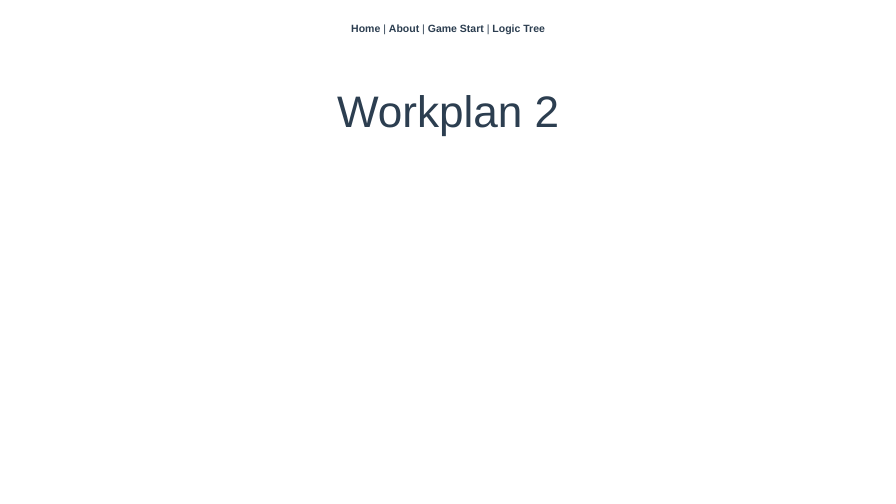
Repository: gallard28/posc4210app
Page: /#/workplan2
These files come from the project's save history. The page is drawn as it stood at one moment and after the next save; the edit follows.
The browser window is 1280 px wide. The pictures show the whole page, at 70% of full size.
The project was rebuilt for these pictures with package versions that can differ from the ones it lists, and the page was loaded fresh each time. Also part of the build but not shown: src/views/Home.vue, src/views/Start.vue, src/views/Scenario.vue, src/views/Prioritize.vue, src/views/Choose_tools.vue, src/views/Analyses.vue, src/views/Workplan1.vue, src/views/Workplan3.vue and 1 more.

Above is the page before, as saved 2020-09-21 06:40:58.

### public/index.html
<!DOCTYPE html>
<html lang="en">
  <head>
    <meta charset="utf-8">
    <meta http-equiv="X-UA-Compatible" content="IE=edge">
    <meta name="viewport" content="width=device-width,initial-scale=1.0">
    <link rel="icon" href="<%= BASE_URL %>favicon.ico">
    <title><%= htmlWebpackPlugin.options.title %></title>

    <!-- Materialize CSS -->
    <!-- Compiled and minified CSS -->
    <link rel="stylesheet" href="https://cdnjs.cloudflare.com/ajax/libs/materialize/1.0.0/css/materialize.min.css">

    <!-- Compiled and minified JavaScript -->
    <script src="https://cdnjs.cloudflare.com/ajax/libs/materialize/1.0.0/js/materialize.min.js"></script>

    <!-- Google Fonts -->
    <link href="https://fonts.googleapis.com/icon?family=Material+Icons" rel="stylesheet">

  </head>
  <body>
    <noscript>
      <strong>We're sorry but <%= htmlWebpackPlugin.options.title %> doesn't work properly without JavaScript enabled. Please enable it to continue.</strong>
    </noscript>
    <div id="app"></div>
    <!-- built files will be auto injected -->
  </body>
</html>

### src/App.vue
<template>
  <div id="app">
    <div id="nav">
      <router-link to="/">Home</router-link> |
      <router-link to="/about">About</router-link> |
      <router-link to="/start">Game Start</router-link> |
      <router-link to="/scenario">Logic Tree</router-link>
    </div>
    <router-view/>
  </div>
</template>

<style>
#app {
  font-family: Avenir, Helvetica, Arial, sans-serif;
  -webkit-font-smoothing: antialiased;
  -moz-osx-font-smoothing: grayscale;
  text-align: center;
  color: #2c3e50;
}

#nav {
  padding: 30px;
}

#nav a {
  font-weight: bold;
  color: #2c3e50;
}

#nav a.router-link-exact-active {
  color: #42b983;
}
</style>

### src/router/index.js
import Vue from 'vue'
import VueRouter from 'vue-router'
import Home from '../views/Home.vue'
import Start from '../views/Start.vue'
import Scenario from '../views/Scenario.vue'
import Prioritize from '../views/Prioritize.vue'
import Choose_tools from '../views/Choose_tools.vue'
import Analyses from '../views/Analyses.vue'
import Workplan1 from '../views/Workplan1.vue'
import Workplan2 from '../views/Workplan2.vue'
import Workplan3 from '../views/Workplan3.vue'
import Pyramid from '../views/Pyramid.vue'

Vue.use(VueRouter)

const routes = [
  {
    path: '/',
    name: 'Home',
    component: Home
  },
  {
    path: '/start',
    name: 'Start',
    component: Start
  },
  {
    path: '/scenario',
    name: 'Scenario',
    component: Scenario
  },
  {
    path: '/prioritize',
    name: 'Prioritize',
    component: Prioritize
  },
  {
    path: '/choose_tools',
    name: 'Choose_tools',
    component: Choose_tools
  },
  {
    path: '/analyses',
    name: 'Analyses',
    component: Analyses
  },
  {
    path: '/workplan1',
    name: 'Workplan1',
    component: Workplan1
  },
  {
    path: '/workplan2',
    name: 'Workplan2',
    component: Workplan2
  },
  {
    path: '/workplan3',
    name: 'Workplan3',
    component: Workplan3
  },
  {
    path: '/pyramid',
    name: 'Pyramid',
    component: Pyramid
  },
  {
    path: '/about',
    name: 'About',
    // route level code-splitting
    // this generates a separate chunk (about.[hash].js) for this route
    // which is lazy-loaded when the route is visited.
    component: () => import(/* webpackChunkName: "about" */ '../views/About.vue')
  }
]

const router = new VueRouter({
  routes
})

export default router

### src/views/Workplan2.vue
<template>
  <div class="Workplan2 container">
    <h1>Workplan 2</h1>
  </div>
</template>

<script>
export default {
  name: 'Workplan2'

}
</script>

<style>

</style>

Loaded but not shown: src/main.js (common file)

After the next save:
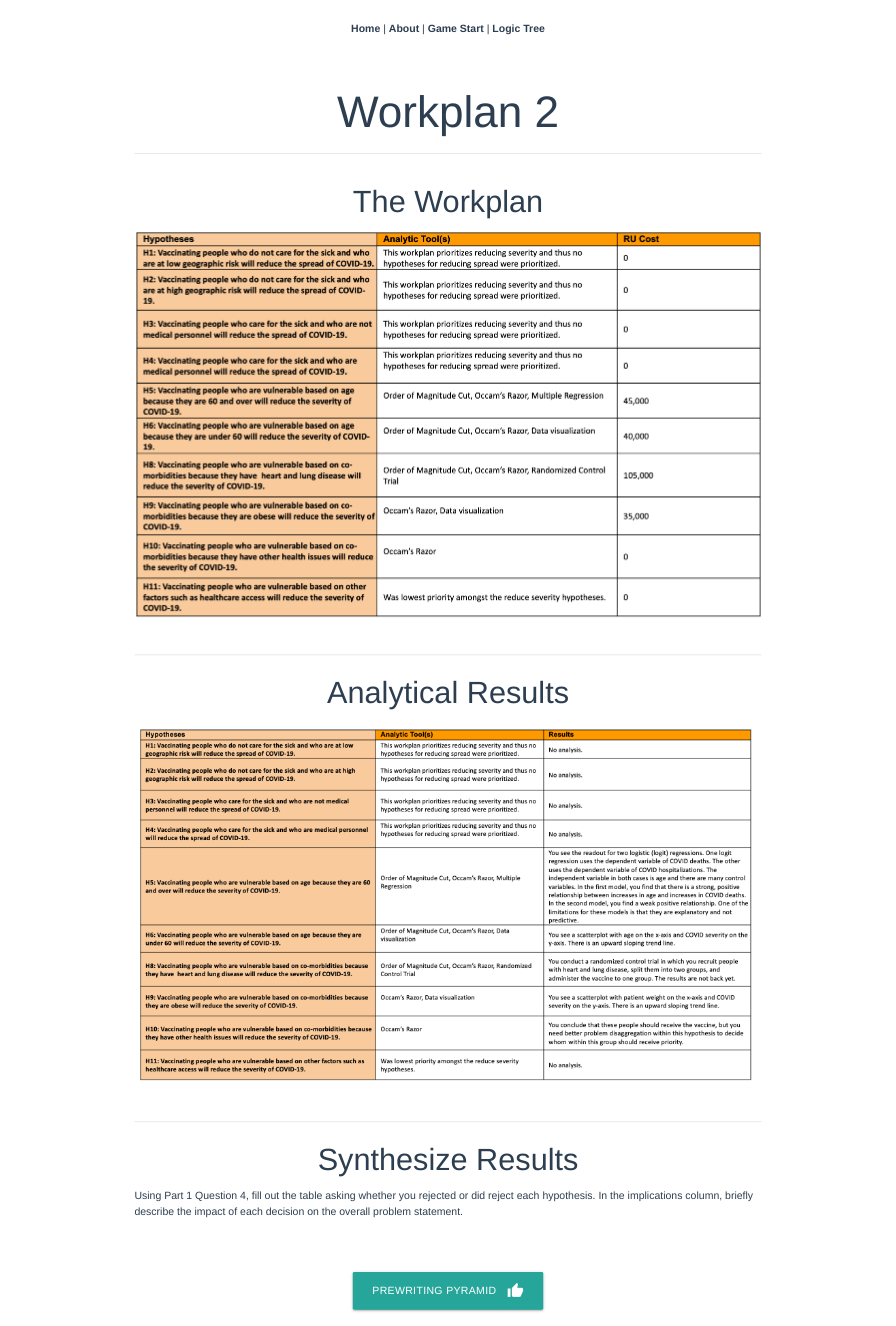
Saved 20 s later.
--- a/src/views/Workplan2.vue
+++ b/src/views/Workplan2.vue
@@ -1,6 +1,33 @@
 <template>
   <div class="Workplan2 container">
     <h1>Workplan 2</h1>
+    <div class="divider"></div>
+    <div class="section">
+      <div class="col s12">
+        <h3>The Workplan</h3>
+        <img src="@/assets/Workplan2.png" class="responsive-img">
+      </div>
+      <br><br>
+      <div class="divider"></div>
+      <div class="col s12">
+        <h3>Analytical Results</h3>
+        <img src="@/assets/Workplan2_results.png" class="responsive-img">
+      </div>
+      <br><br>
+      <div class="divider"></div>
+      <div class="col s12">
+        <h3>Synthesize Results</h3>
+        <p class="left-align">Using Part 1 Question 4, fill out the table asking whether you rejected or did reject each hypothesis. In the implications column, briefly describe the impact of each decision on the overall problem statement.</p>
+      </div>
+    </div>
+    <br><br>
+    <router-link  router-link to="/pyramid">
+          <a class="waves-effect waves-light btn-large">
+          Prewriting Pyramid
+            <i class="material-icons right">thumb_up</i>
+          </a>
+      </router-link>
+      <br><br>
   </div>
 </template>
 
